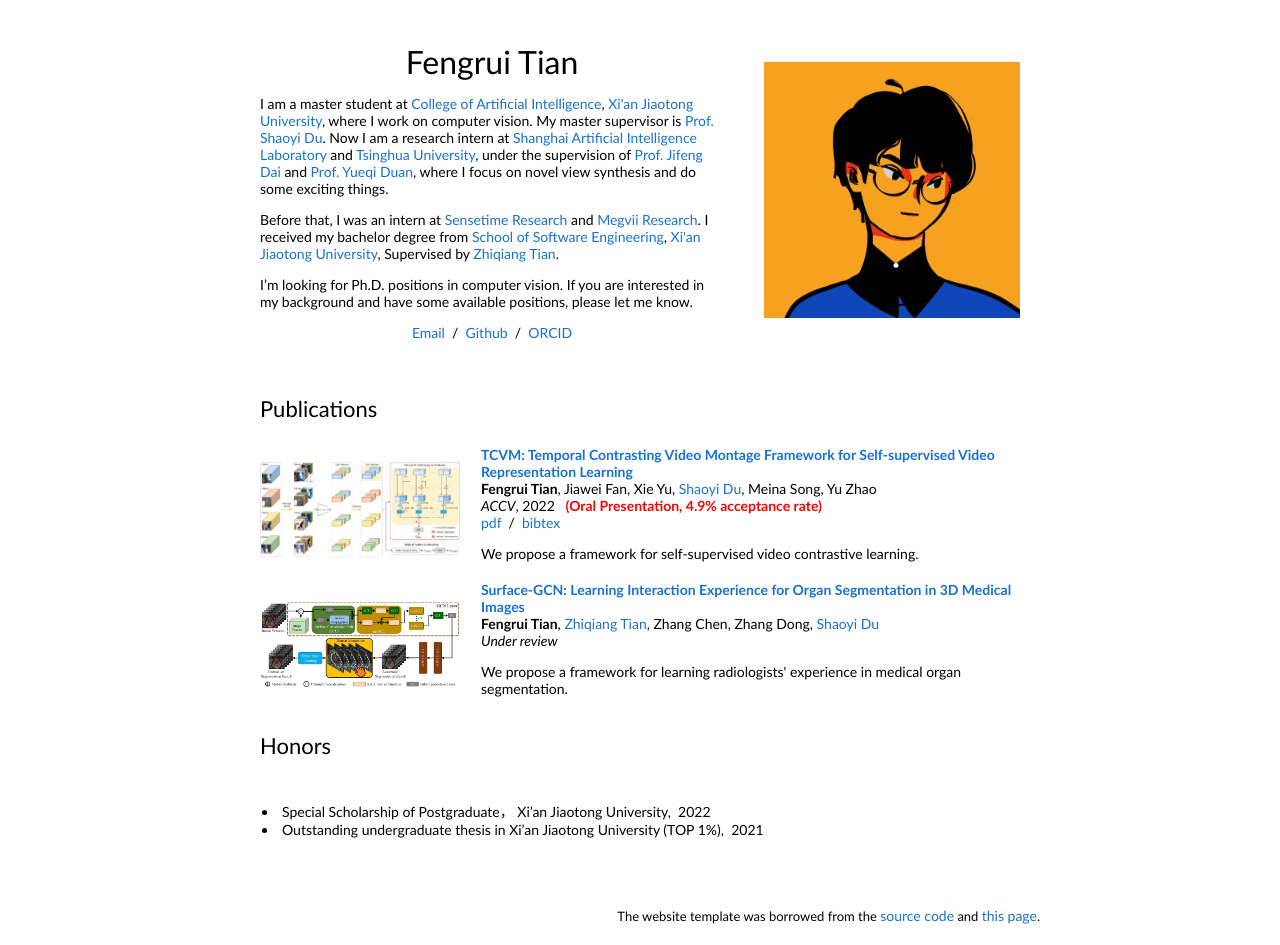
Repository: tianfr/tianfr.github.io
Page: index.html
An editor plug-in stored every save of this project. The page is shown before and after the next save, followed by the edit.
The browser window is 1280 px wide. The pictures show the whole page.

Above is the page before, as saved 2022-11-20 16:08:28.

After the next save:
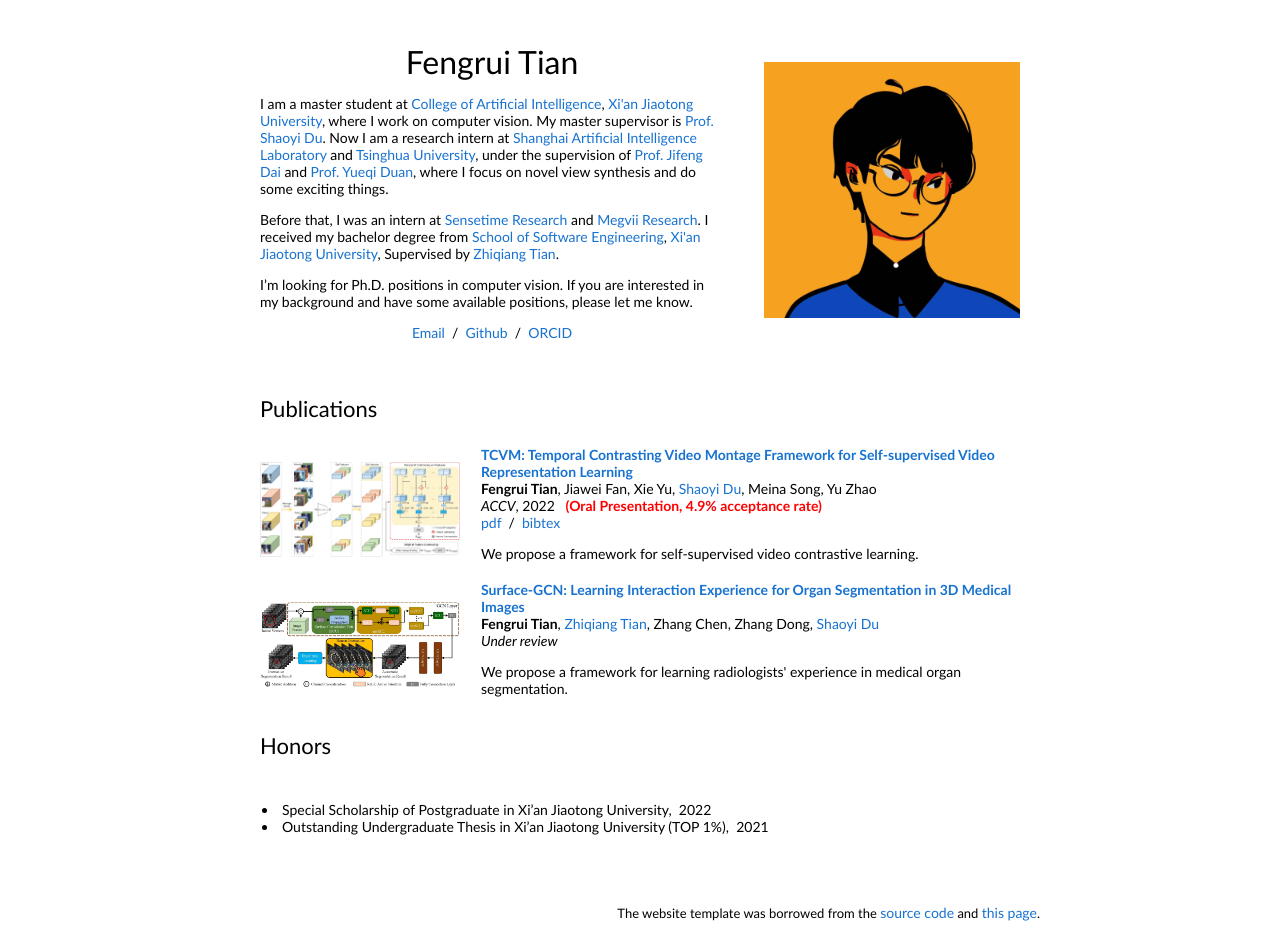
Saved 19 s later.
--- a/index.html
+++ b/index.html
@@ -144,8 +144,8 @@
         <table width="100%" align="center" border="0" cellpadding="20"><tbody>
           <tr>
             <td style="padding:20px;width:100%;vertical-align:middle">
-              <li>Special Scholarship of Postgraduate， Xi’an Jiaotong University,&nbsp; 2022 </li>
-              <li>Outstanding undergraduate thesis in Xi’an Jiaotong University (TOP 1%),&nbsp; 2021 </li> <br>
+              <li>Special Scholarship of Postgraduate in Xi’an Jiaotong University,&nbsp; 2022 </li>
+              <li>Outstanding Undergraduate Thesis in Xi’an Jiaotong University (TOP 1%),&nbsp; 2021 </li> <br>
           </td>
 
           </tr>
